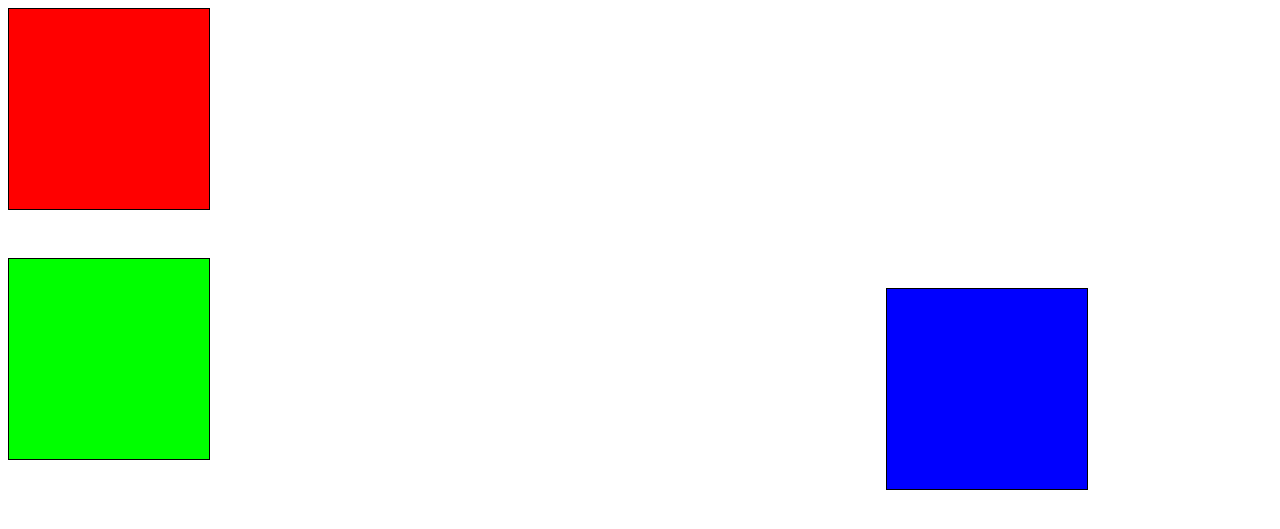
Repository: Divineridh/LPPAChallenges
Page: Trabajos en Clase/ejercicio cajas positions/index.html
The author's editor kept a copy of each file at every save. The page is drawn from the files as they stood at one save, then again after the next save.
The browser window is 1280 px wide. The pictures show the whole page.

Above is the page before, as saved 2022-05-03 20:58:26.

After the next save:
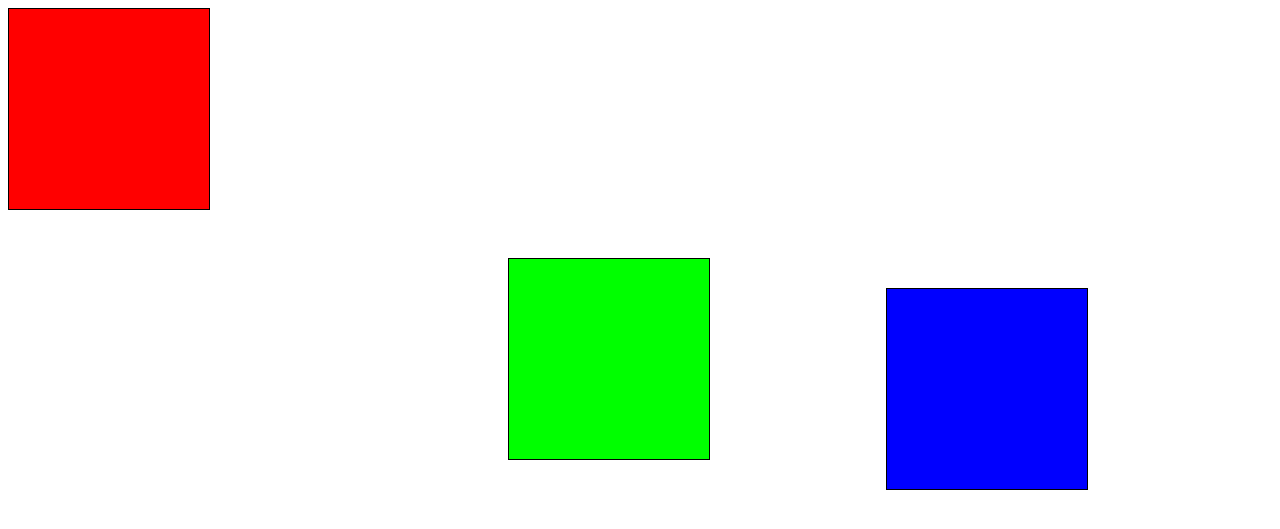
Saved 16 s later.
--- a/Trabajos en Clase/ejercicio cajas positions/style.css
+++ b/Trabajos en Clase/ejercicio cajas positions/style.css
@@ -7,7 +7,7 @@
     background-color: #00FF00;
     position: relative;
     top: 250px;
-    right: 0px;
+    left: 500px;
     /* float: right; */
 }
 
